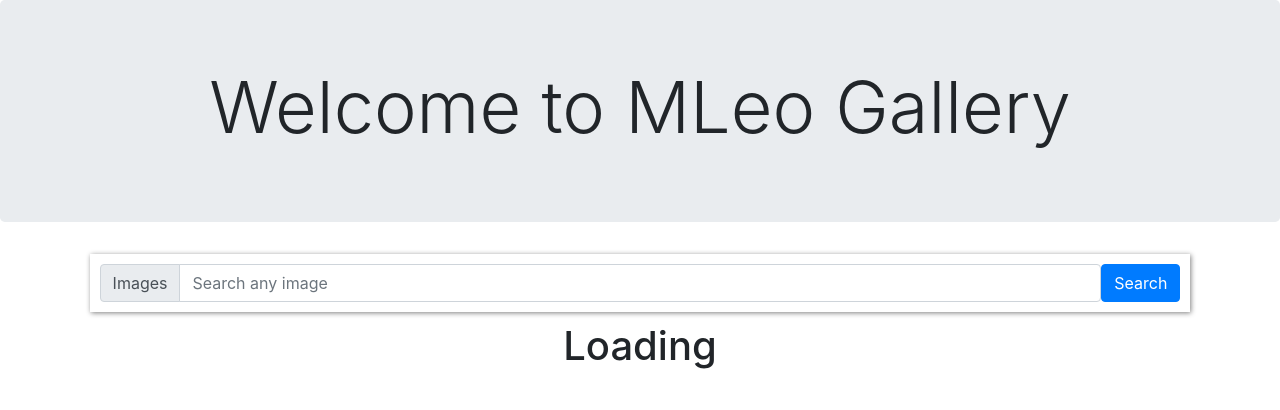
Repository: the-manohar/gallery
Page: /
An editor plug-in stored every save of this project. The page is shown before and after the next save, followed by the edit.
The browser window is 1280 px wide. The pictures show the whole page.
The project was rebuilt for these pictures with package versions that can differ from the ones it lists, and the page was loaded fresh each time.

Above is the page before, as saved 2020-06-18 23:11:38.

After the next save:
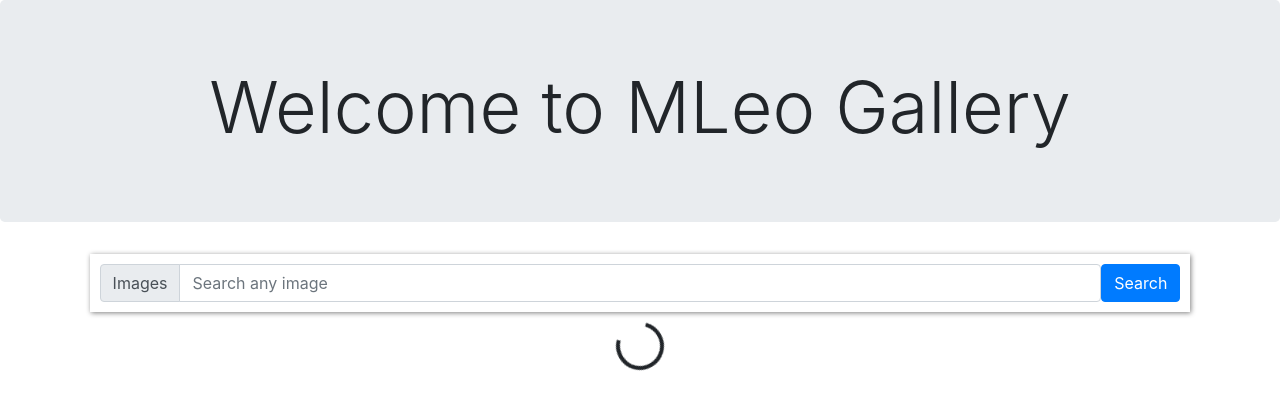
Saved 51 s later.
--- a/src/App.js
+++ b/src/App.js
@@ -6,6 +6,7 @@ import {
   InputGroupAddon,
   Input,
   Jumbotron,
+  Spinner,
 } from "reactstrap";
 
 import "./App.css";
@@ -58,7 +59,7 @@ function App() {
           })}
         </div>
       ) : (
-        <h1>Loading</h1>
+        <Spinner style={{ width: "3rem", height: "3rem" }} />
       )}
     </div>
   );
